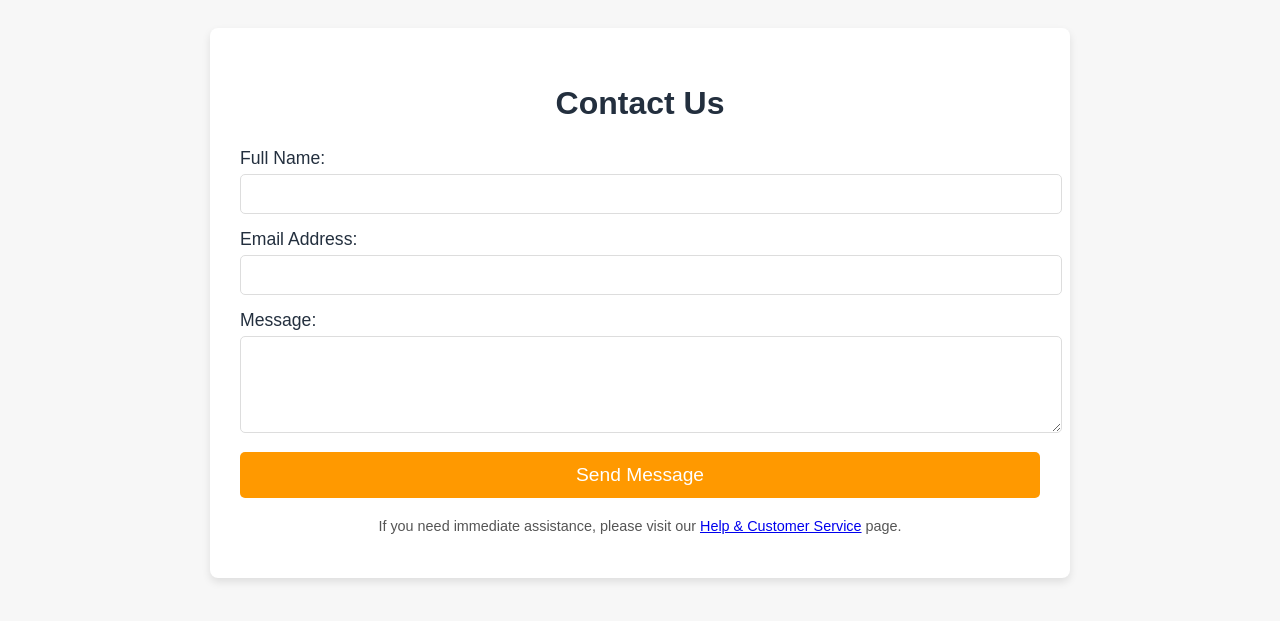
Repository: Shivanibasireddy/Software-Examples
Page: SpringBootMvctest/src/main/resources/static/ContactUs.html
These files come from the project's save history. The page is drawn as it stood at one moment and after the next save; the edit follows.
The browser window is 1280 px wide. The pictures show the whole page.

Above is the page before, as saved 2024-12-19 10:15:12.

After the next save:
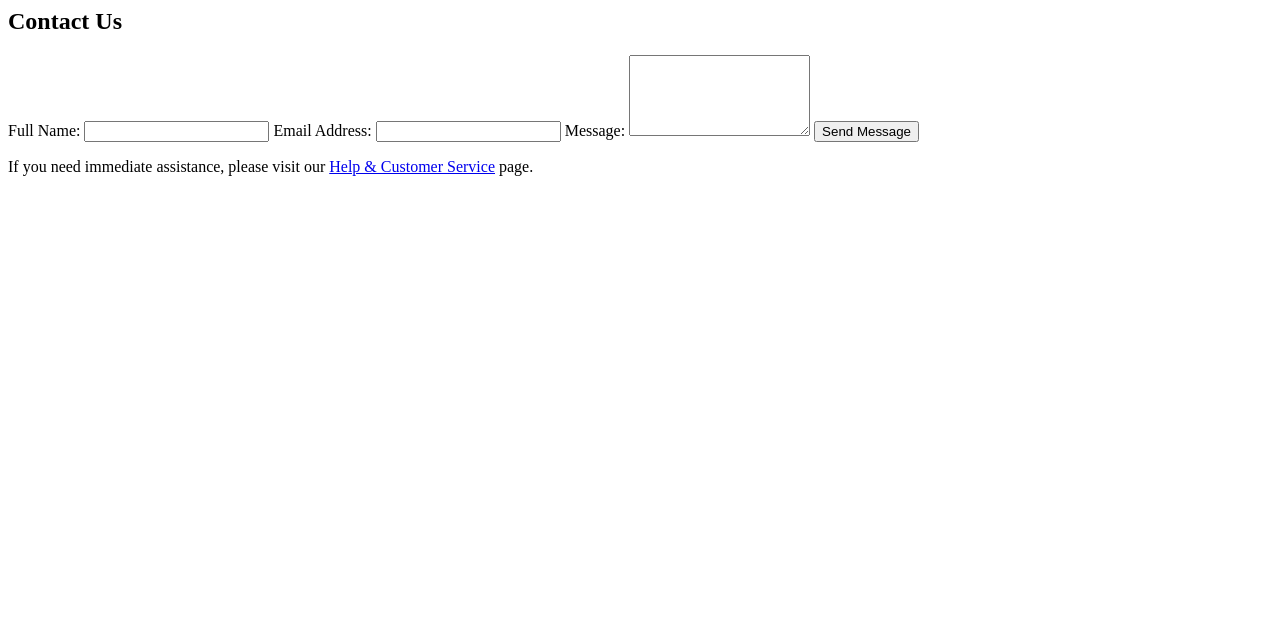
Saved 7 min 55 s later.
--- a/SpringBootMvctest/src/main/resources/static/ContactUs.html
+++ b/SpringBootMvctest/src/main/resources/static/ContactUs.html
@@ -1,65 +1,6 @@
-<!DOCTYPE html>
 <html lang="en">
 <head>
-    <meta charset="UTF-8">
-    <meta name="viewport" content="width=device-width, initial-scale=1.0">
-    <title>Contact Us - Amazon</title>
-    <style>
-        body {
-            font-family: Arial, sans-serif;
-            background-color: #f7f7f7;
-            padding: 20px;
-        }
-        .contact-container {
-            max-width: 800px;
-            margin: 0 auto;
-            background-color: #ffffff;
-            padding: 30px;
-            box-shadow: 0 4px 8px rgba(0, 0, 0, 0.1);
-            border-radius: 8px;
-        }
-        h2 {
-            color: #232f3e;
-            font-size: 2em;
-            text-align: center;
-        }
-        label {
-            font-size: 1.1em;
-            color: #232f3e;
-            display: block;
-            margin-bottom: 5px;
-        }
-        input[type="text"], input[type="email"], textarea {
-            width: 100%;
-            padding: 10px;
-            margin-bottom: 15px;
-            border: 1px solid #ddd;
-            border-radius: 5px;
-            font-size: 1em;
-        }
-        textarea {
-            resize: vertical;
-        }
-        button {
-            background-color: #ff9900;
-            color: white;
-            padding: 12px;
-            font-size: 1.2em;
-            border: none;
-            border-radius: 5px;
-            cursor: pointer;
-            width: 100%;
-        }
-        button:hover {
-            background-color: #e68900;
-        }
-        .footer {
-            text-align: center;
-            margin-top: 20px;
-            font-size: 0.9em;
-            color: #555;
-        }
-    </style>
+	<title>Contact Us - Amazon</title>
 </head>
 <body>
 
